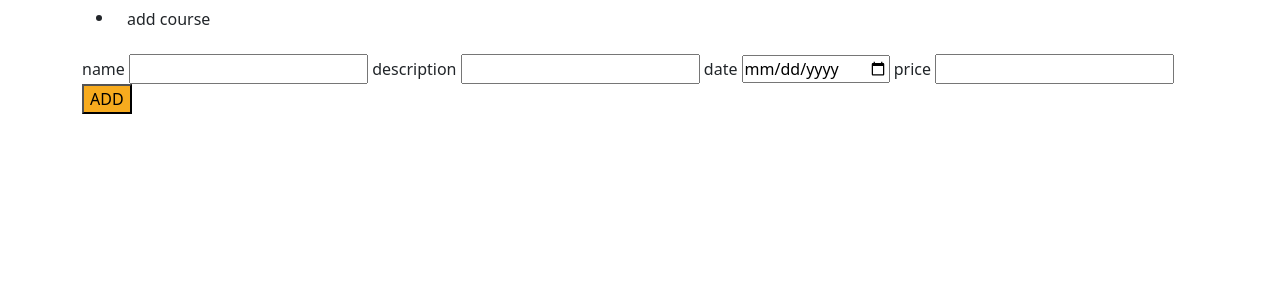
Repository: Yassin-Boushi/Safer
Page: http://localhost/add_flight
These files come from the project's save history. The page is drawn as it stood at one moment and after the next save; the edit follows.
The browser window is 1280 px wide. The pictures show the whole page.
The page is served by the project's Laravel application, run on PHP 8.4 with Laravel 9. Other server files are loaded and not shown.

Above is the page before, as saved 2025-01-29 08:12:39.

### routes/web.php
<?php

use App\Http\Controllers\AccountController;
use App\Http\Controllers\FlightController;
use App\Http\Controllers\TicketController;
use Illuminate\Support\Facades\Route;

/*
|--------------------------------------------------------------------------
| Web Routes
|--------------------------------------------------------------------------
|
| Here is where you can register web routes for your application. These
| routes are loaded by the RouteServiceProvider within a group which
| contains the "web" middleware group. Now create something great!
|
*/

Route::get('/', function () {
    return redirect('flights');
});

Route::view('login', 'login');
Route::view('add_flight', 'flight.add');

////////////////////////// account
Route::post('account/login', [AccountController::class, 'login']);
Route::get('account/logout', [AccountController::class, 'logout']);

////////////////////////////// flight
Route::resource('flights', FlightController::class);
Route::get('flight/edit/{id}', [FlightController::class, 'edit']);
Route::post('flight/update/{id}', [FlightController::class, 'update']);
Route::get('flight/destroy/{id}', [FlightController::class, 'destroy']);


////////////////////////////// ticket
Route::resource('tickets', TicketController::class);
Route::get('ticket/edit/{id}', [FlightController::class, 'edit']);
Route::post('ticket/update/{id}', [FlightController::class, 'update']);
Route::get('ticket/destroy/{id}', [FlightController::class, 'destroy']);

### resources/views/flight/add.blade.php
<link href="/css/bootstrap.min.css" rel="stylesheet">
<link rel="stylesheet" href="/css/sign_up.css">
<div class="container ">
    <div class="frame " style="height:550px" >
        <div class="nav">
            <ul class="links">
                <li class="signin-active"><a class="btn">add course</a></li>
            </ul>
        </div>
        <div ng-app ng-init="checked = false">

            <form class="form-signin" action="course" method="post" enctype="multipart/form-data">
                @csrf

                <label for="name">name</label>
                <input class="form-styling" type="text" name="name" placeholder="" />
                <label for="description">description </label> <input class="form-styling" type="text"
                    name="description" placeholder="" />
                <label for="date">date</label> <input class="form-styling" type="date"
                    name="date" placeholder="" />
                <label for="price">
                    <div> price</div>
                </label> <input class="" type="number" name="price" placeholder="" />
                <div>
                <input type="submit" style="background-color: rgb(247, 171, 30) " class=" btn-signup " value="ADD">
            </div>
                <br>

            </form>
        </div></div>

Loaded but not shown: public/css/bootstrap.min.css (library)

After the next save:
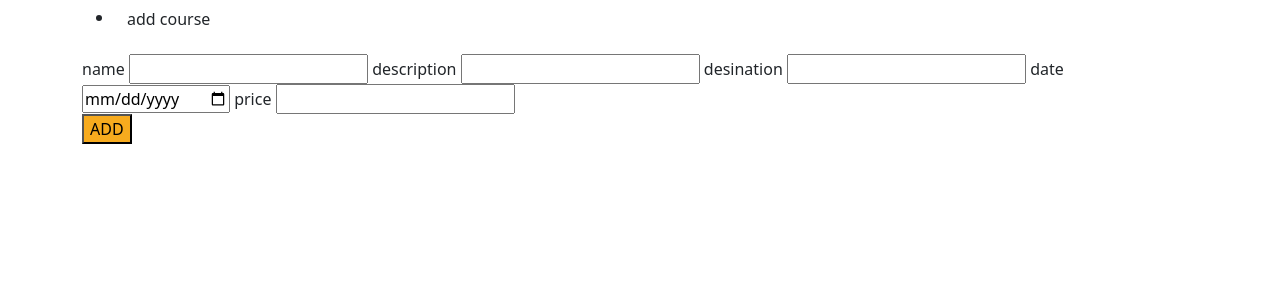
Saved 53 s later.
--- a/resources/views/flight/add.blade.php
+++ b/resources/views/flight/add.blade.php
@@ -16,6 +16,8 @@
                 <input class="form-styling" type="text" name="name" placeholder="" />
                 <label for="description">description </label> <input class="form-styling" type="text"
                     name="description" placeholder="" />
+                <label for="desination">desination </label> <input class="form-styling" type="text"
+                    name="desination" placeholder="" />
                 <label for="date">date</label> <input class="form-styling" type="date"
                     name="date" placeholder="" />
                 <label for="price">
